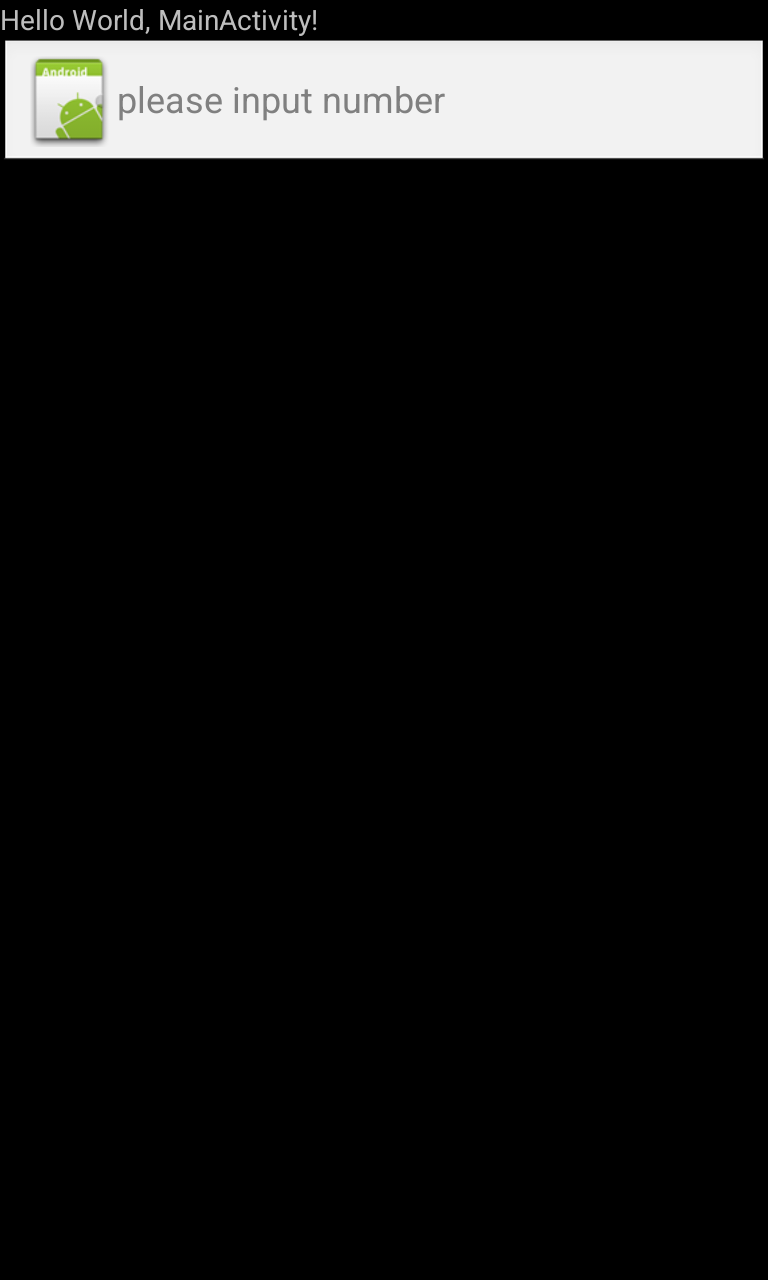
Repository: fangbao/Google_Android
Layout: Android_space/3.EditText/res/layout/main.xml
The author's editor kept a copy of each file at every save. The layout is drawn from the files as they stood at one save, then again after the next save.
It is drawn on a 768 x 1280 px phone screen (xhdpi) without system bars, with theme android:Theme; the app's code is not run.

Above is the layout before, as saved 2011-12-23 23:59:46.

After the next save:
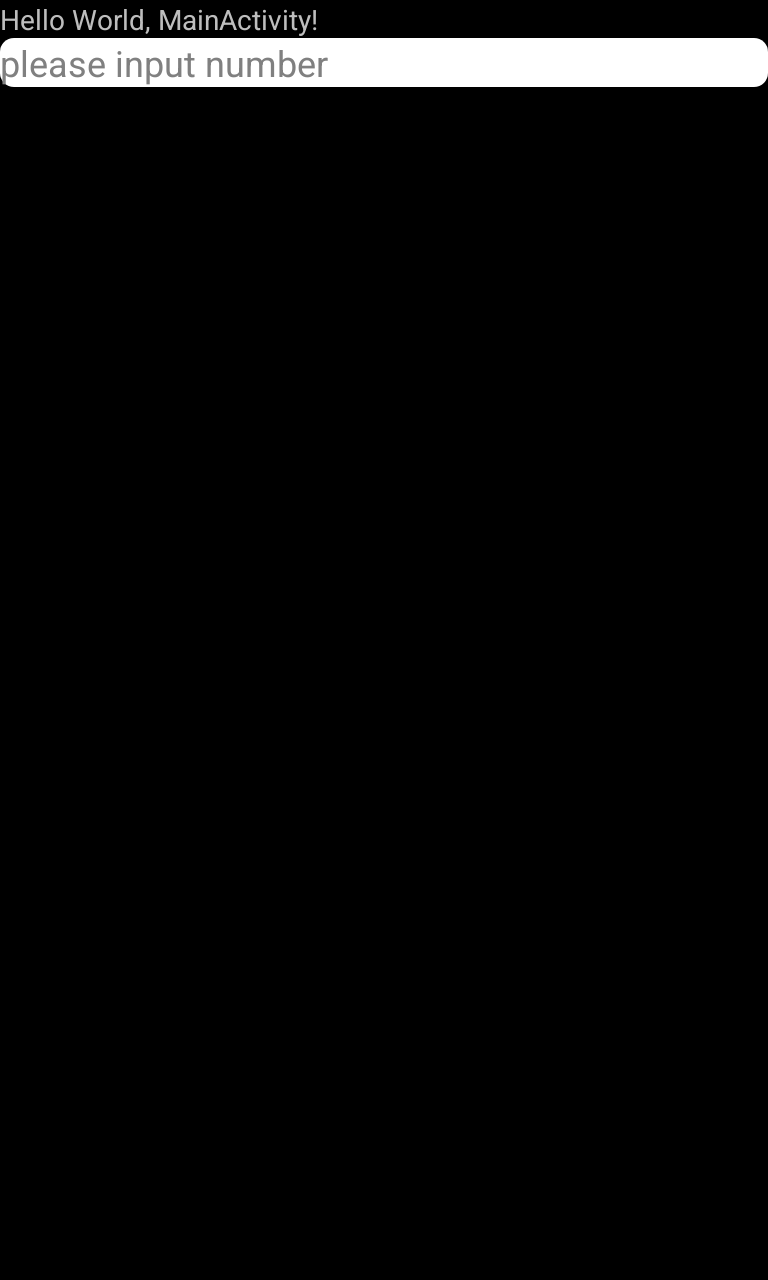
Saved 5 min 7 s later.
--- a/Android_space/3.EditText/res/layout/main.xml
+++ b/Android_space/3.EditText/res/layout/main.xml
@@ -15,7 +15,7 @@
         android:singleLine="true"
         android:inputType="number"
         android:hint="please input number"
-        android:drawableLeft="@drawable/ic_launcher"
+        android:background="@drawable/shape"
         />
 
 </LinearLayout>
